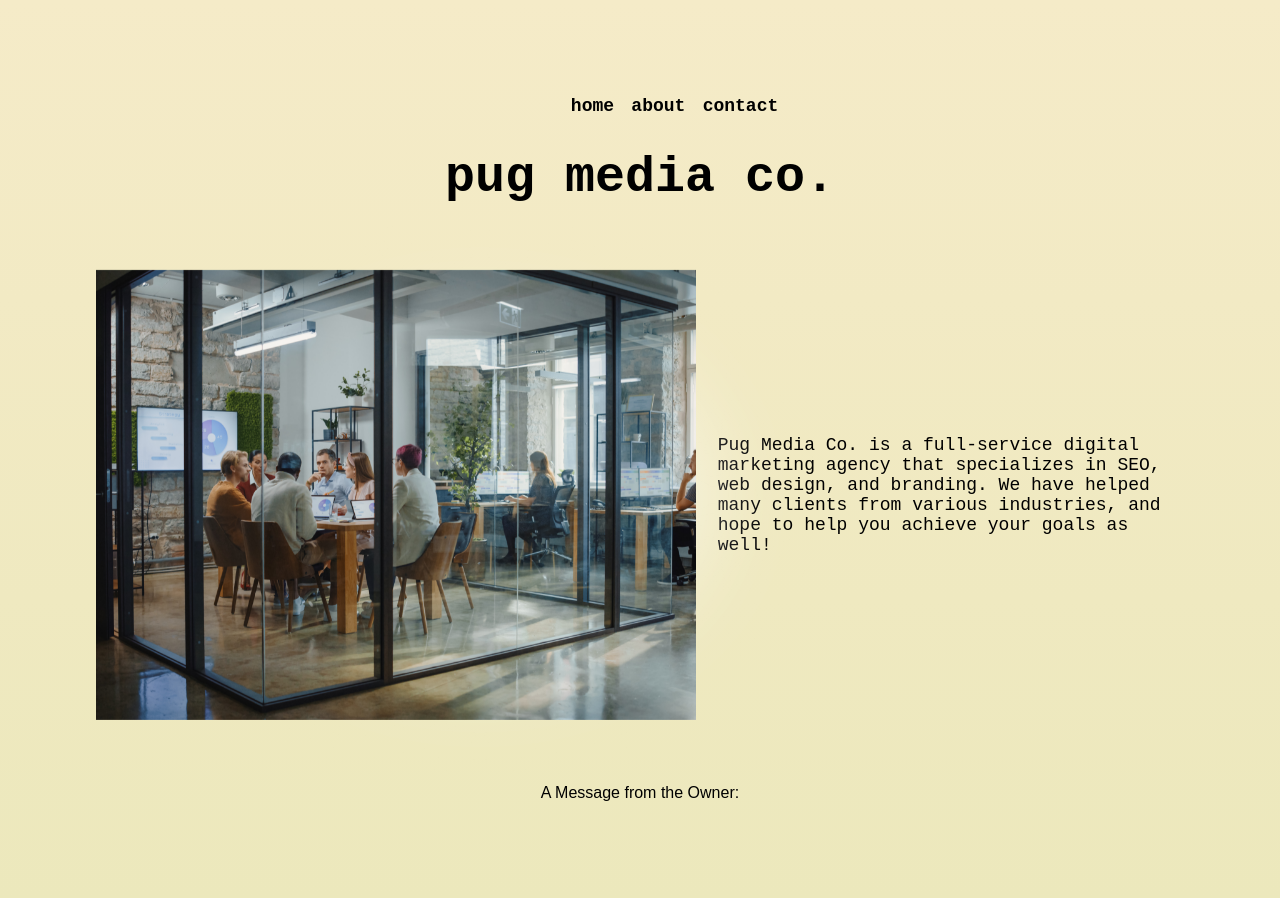
Repository: cheungglenda/MDIA2109-Week3
Page: /
These files come from the project's save history. The page is drawn as it stood at one moment and after the next save; the edit follows.
The browser window is 1280 px wide. The pictures show the whole page.
The project was rebuilt for these pictures with package versions that can differ from the ones it lists, and the page was loaded fresh each time. The framework's server and built-in components were replaced by stand-ins that run in the browser. Also part of the build but not shown: next.config.js, components/Card/index.js.

Above is the page before, as saved 2023-01-20 18:58:28.

After the next save:
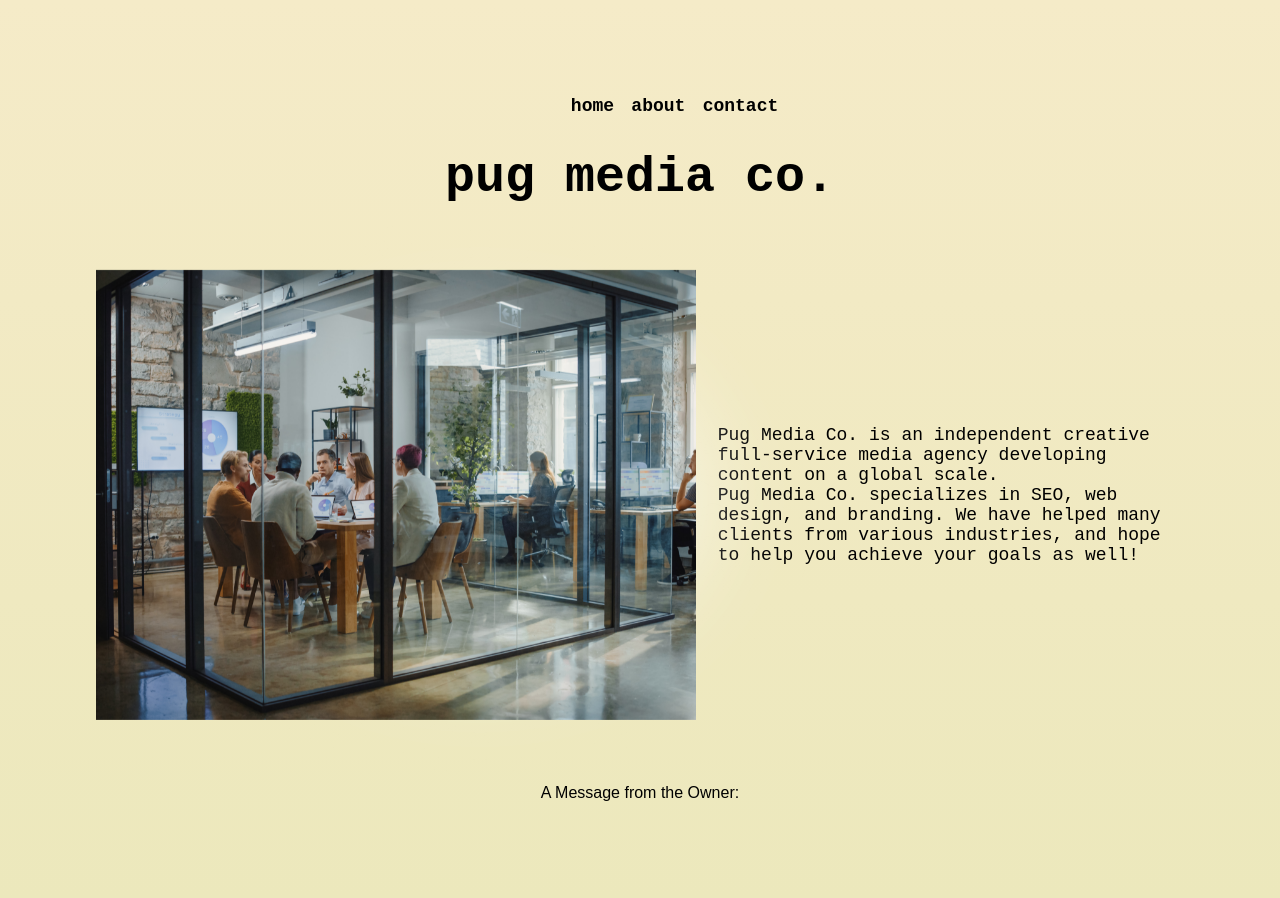
Saved 61 s later.
--- a/pages/index.js
+++ b/pages/index.js
@@ -39,7 +39,7 @@ export default function Home() {
             height={450}
           />
           <div className={styles.homeDesc}>
-            Pug Media Co. is a full-service digital marketing agency that specializes in SEO, web design, and branding. We have helped many clients from various industries, and hope to help you achieve your goals as well!
+            Pug Media Co. is an independent creative full-service media agency developing content on a global scale.<br></br>Pug Media Co. specializes in SEO, web design, and branding. We have helped many clients from various industries, and hope to help you achieve your goals as well!
           </div>
         </div>
 
